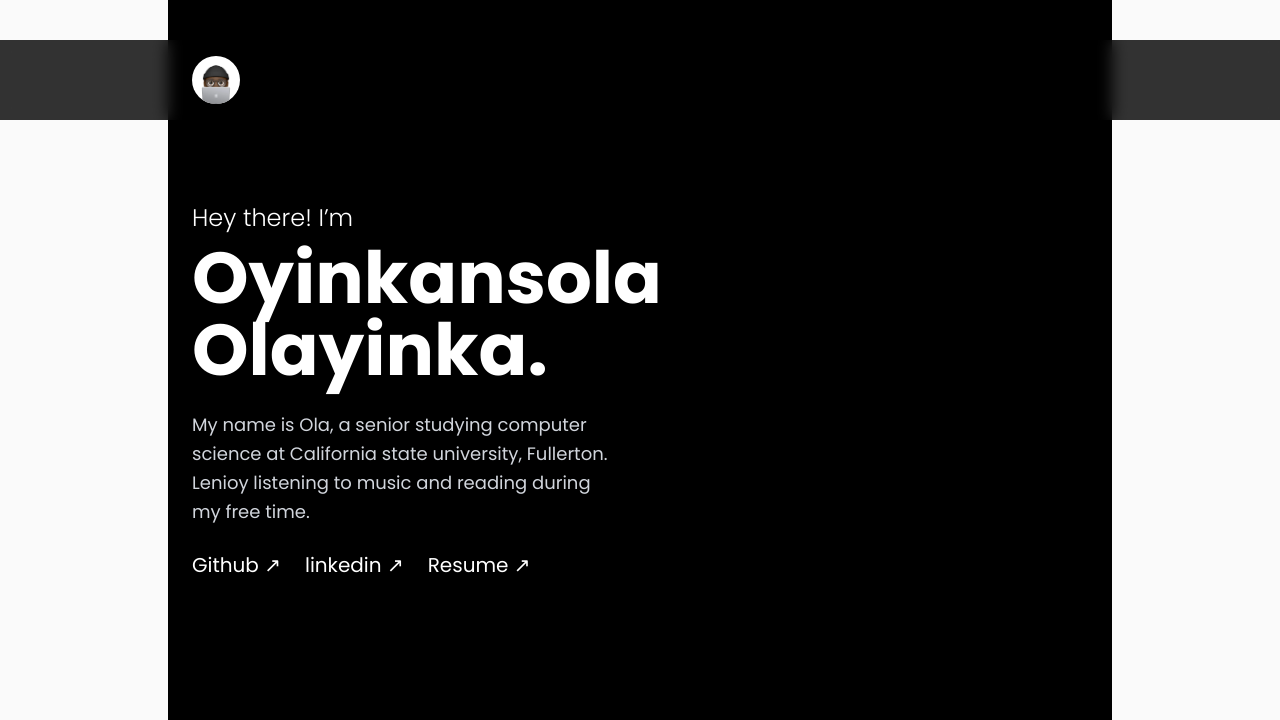
Repository: olasores/olasores-portfolio
Page: /
An editor plug-in stored every save of this project. The page is shown before and after the next save, followed by the edit.
The browser window is 1280 px wide. The pictures show the whole page.
The project was rebuilt for these pictures with package versions that can differ from the ones it lists, and the page was loaded fresh each time. The framework's server and built-in components were replaced by stand-ins that run in the browser. Also part of the build but not shown: next.config.ts.

Above is the page before, as saved 2025-11-11 12:34:43.

After the next save:
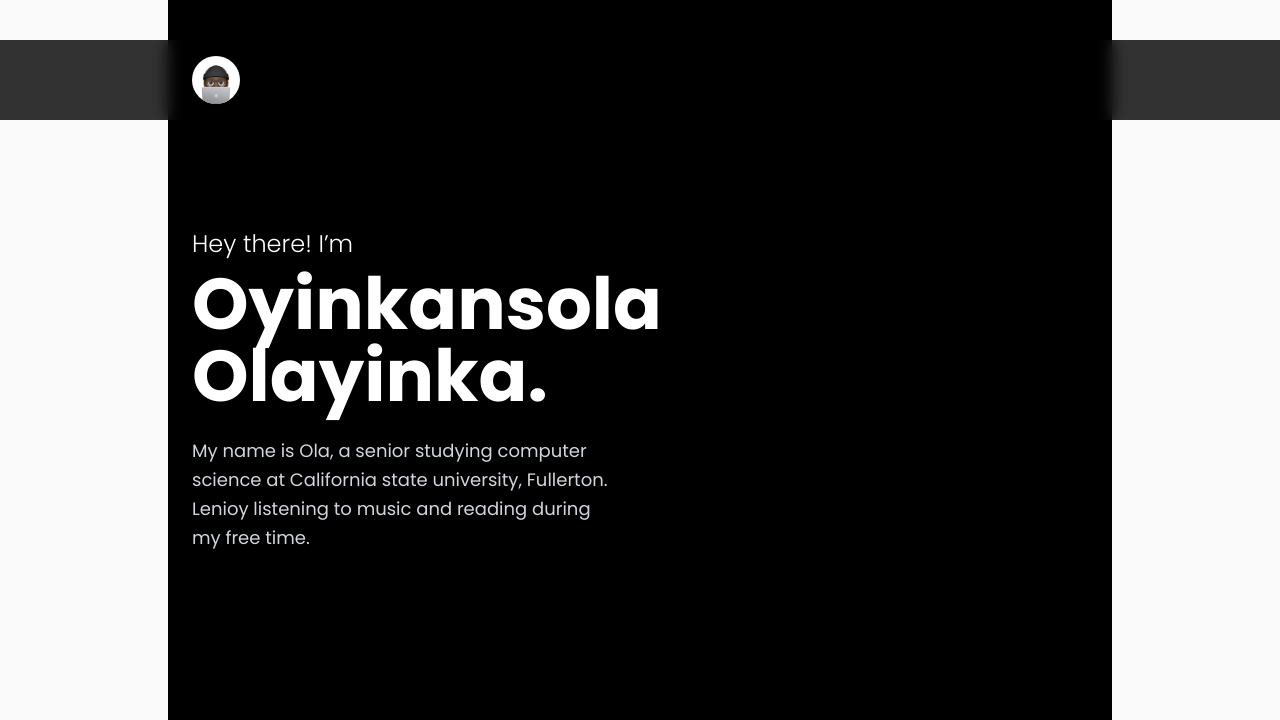
Saved 13 s later.
--- a/app/components/HomeSection.tsx
+++ b/app/components/HomeSection.tsx
@@ -20,7 +20,7 @@ export default function HomeSection() {
                     </p>
 
                     {/* Links */}
-                    <div className="flex gap-6 text-lg md:text-xl text-white">
+                    {/* <div className="flex gap-6 text-lg md:text-xl text-white">
                         <a href="#" className="hover:text-gray-400 transition">
                             Github ↗
                         </a>
@@ -30,7 +30,7 @@ export default function HomeSection() {
                         <a href="#" className="hover:text-gray-400 transition">
                             Resume ↗
                         </a>
-                    </div>
+                    </div> */}
                 </div>
             </div>
         </div>
